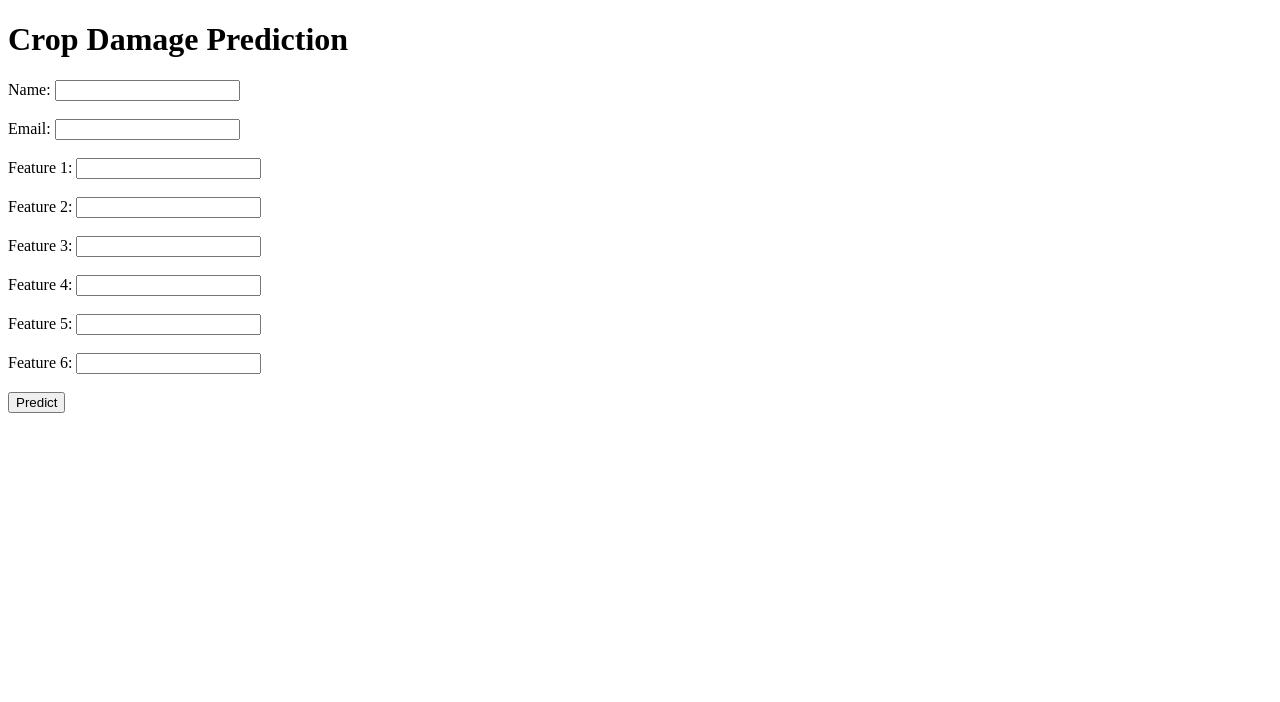
Repository: imdhanush13/cropdamage
Page: templates/index.html
These files come from the project's save history. The page is drawn as it stood at one moment and after the next save; the edit follows.
The browser window is 1280 px wide. The pictures show the whole page.
The page is served by the project's application, run on Flask 3 (app.py). The template is opened directly, without the code that normally fills it, so the values that code supplies are empty.

Above is the page before, as saved 2025-04-28 12:55:01.

After the next save:
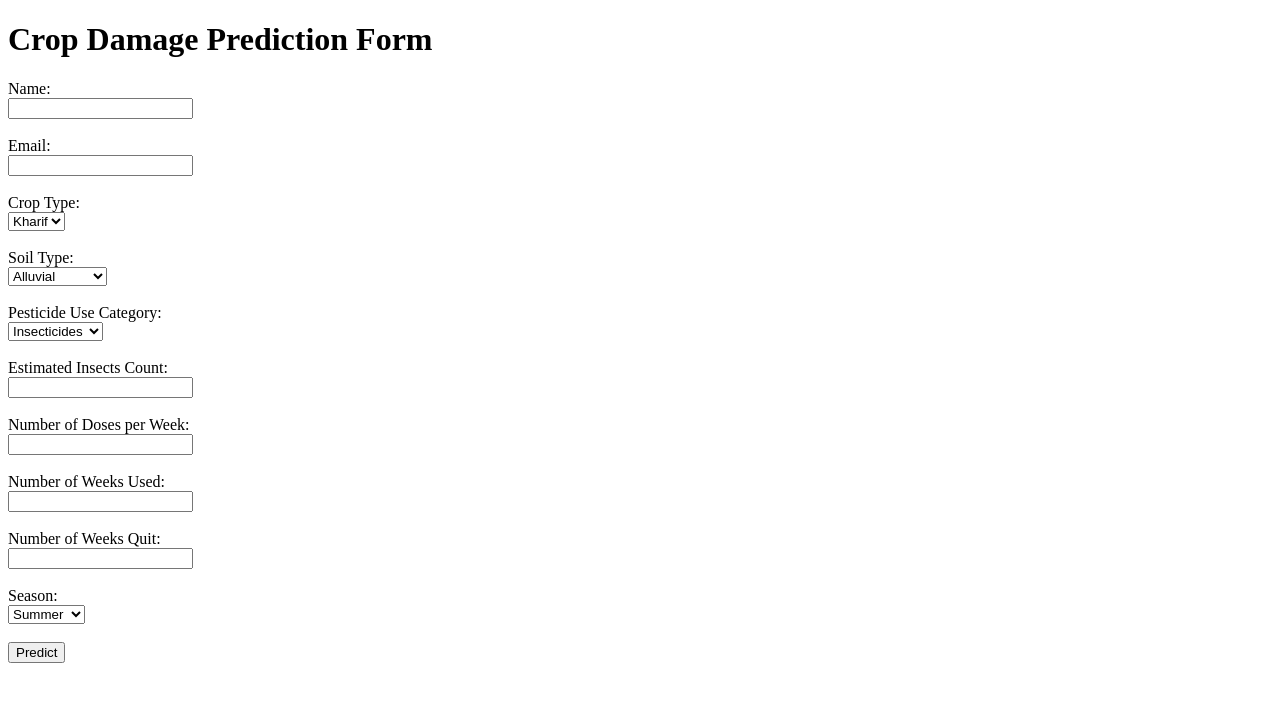
Saved 15 s later.
--- a/templates/index.html
+++ b/templates/index.html
@@ -6,34 +6,77 @@
     <title>Crop Damage Prediction</title>
 </head>
 <body>
-    <h1>Crop Damage Prediction</h1>
-    <form action="/predict" method="POST">
-        <label for="name">Name:</label>
-        <input type="text" id="name" name="name" required><br><br>
+    <h1>Crop Damage Prediction Form</h1>
+    <form action="/predict" method="POST" id="predictionForm">
+        <label for="name">Name: </label><br>
+        <input type="text" id="name" name="name"><br><br>
 
-        <label for="email">Email:</label>
-        <input type="email" id="email" name="email" required><br><br>
+        <label for="email">Email: </label><br>
+        <input type="email" id="email" name="email"><br><br>
 
-        <!-- Add your features here -->
-        <label for="feature1">Feature 1:</label>
-        <input type="number" id="feature1" name="feature1" required><br><br>
+        <label for="crop_type">Crop Type: </label><br>
+        <select id="crop_type" name="crop_type">
+            <option value="Kharif">Kharif</option>
+            <option value="Rabi">Rabi</option>
+        </select><br><br>
 
-        <label for="feature2">Feature 2:</label>
-        <input type="number" id="feature2" name="feature2" required><br><br>
+        <label for="soil_type">Soil Type: </label><br>
+        <select id="soil_type" name="soil_type">
+            <option value="Alluvial">Alluvial</option>
+            <option value="Black-Cotton">Black-Cotton</option>
+        </select><br><br>
 
-        <label for="feature3">Feature 3:</label>
-        <input type="number" id="feature3" name="feature3" required><br><br>
+        <label for="pesticide_use_category">Pesticide Use Category: </label><br>
+        <select id="pesticide_use_category" name="pesticide_use_category">
+            <option value="Insecticides">Insecticides</option>
+            <option value="Bactericides">Bactericides</option>
+            <option value="Herbicides">Herbicides</option>
+        </select><br><br>
 
-        <label for="feature4">Feature 4:</label>
-        <input type="number" id="feature4" name="feature4" required><br><br>
+        <label for="estimated_insects_count">Estimated Insects Count: </label><br>
+        <input type="number" id="estimated_insects_count" name="estimated_insects_count"><br><br>
 
-        <label for="feature5">Feature 5:</label>
-        <input type="number" id="feature5" name="feature5" required><br><br>
+        <label for="number_doses_week">Number of Doses per Week: </label><br>
+        <input type="number" id="number_doses_week" name="number_doses_week"><br><br>
 
-        <label for="feature6">Feature 6:</label>
-        <input type="number" id="feature6" name="feature6" required><br><br>
+        <label for="number_weeks_used">Number of Weeks Used: </label><br>
+        <input type="number" id="number_weeks_used" name="number_weeks_used"><br><br>
 
-        <button type="submit">Predict</button>
+        <label for="number_weeks_quit">Number of Weeks Quit: </label><br>
+        <input type="number" id="number_weeks_quit" name="number_weeks_quit"><br><br>
+
+        <label for="season">Season: </label><br>
+        <select id="season" name="season">
+            <option value="Summer">Summer</option>
+            <option value="Monsoon">Monsoon</option>
+            <option value="Winter">Winter</option>
+        </select><br><br>
+
+        <input type="submit" value="Predict">
     </form>
+
+    <div id="predictionResult"></div>
+
+    <script>
+        document.getElementById('predictionForm').onsubmit = function(e) {
+            e.preventDefault();
+
+            let formData = new FormData(document.getElementById('predictionForm'));
+            let data = {};
+            formData.forEach((value, key) => { data[key] = value });
+
+            fetch('/predict', {
+                method: 'POST',
+                headers: {
+                    'Content-Type': 'application/json'
+                },
+                body: JSON.stringify(data)
+            })
+            .then(response => response.json())
+            .then(result => {
+                document.getElementById('predictionResult').innerText = 'Predicted Crop Damage: ' + result.prediction;
+            });
+        }
+    </script>
 </body>
 </html>
